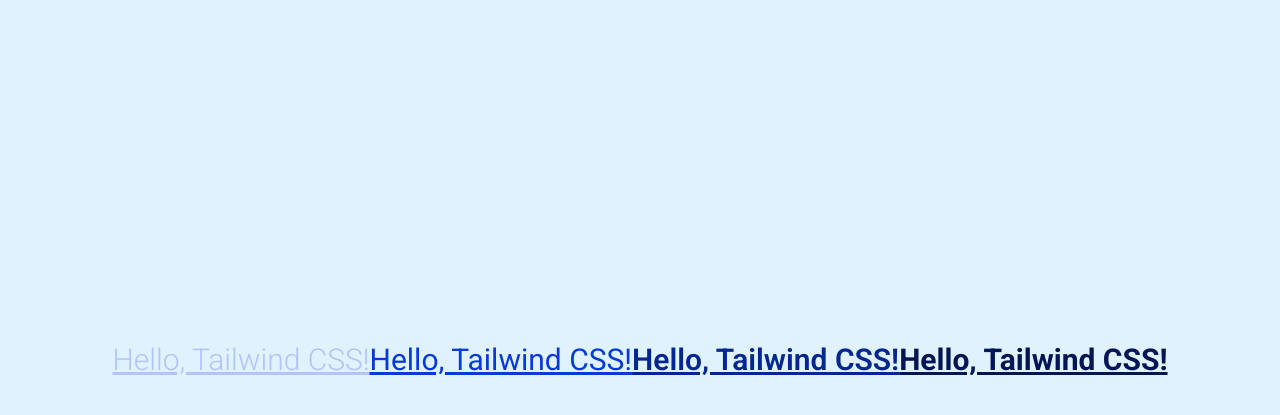
Repository: EclipticCode/Audit-Ease-FE
Page: /
These files come from the project's save history. The page is drawn as it stood at one moment and after the next save; the edit follows.
The browser window is 1280 px wide. The pictures show the whole page.
The project was rebuilt for these pictures with package versions that can differ from the ones it lists, and the page was loaded fresh each time. Also part of the build but not shown: vite.config.js.

Above is the page before, as saved 2025-03-27 18:01:17.

After the next save:
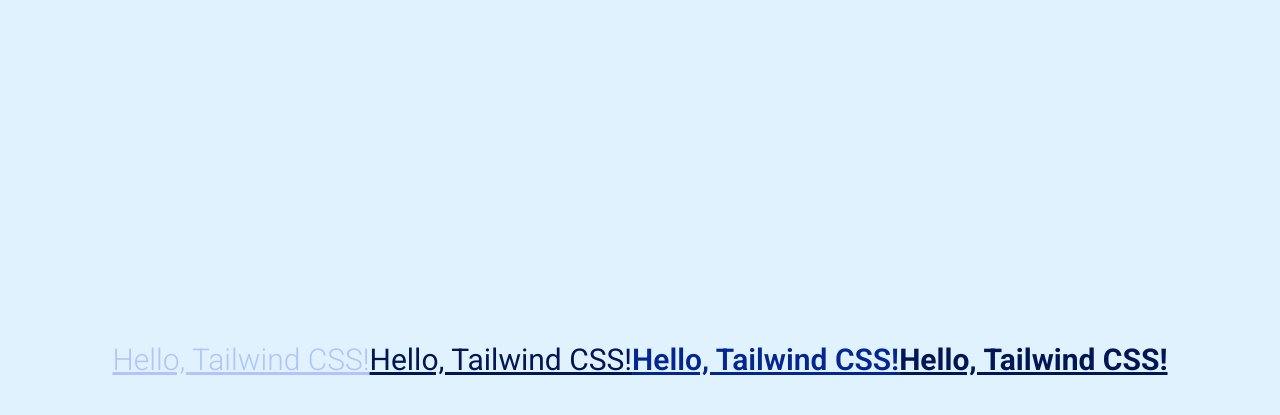
Saved 10 s later.
--- a/src/index.css
+++ b/src/index.css
@@ -13,6 +13,6 @@
   --color-light-blue: #053ADA;
   --color-dark-blue: #032691;
   --color-deep-blue: #021655;
-  --color-deep-blue: #021655;
+  --color-light-blue: #021655;
 
 }

After the 2 saves that followed:
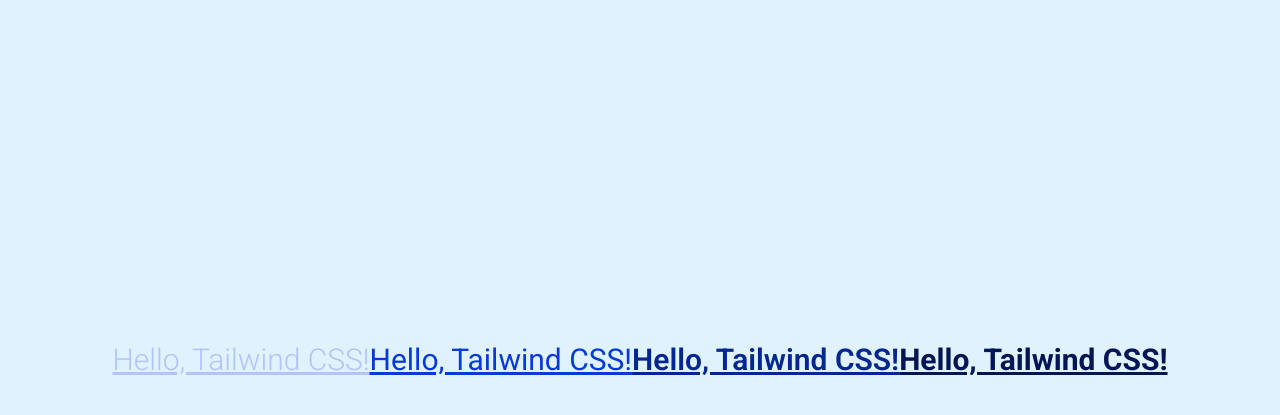
The 2 saves are shown as one change because they came seconds apart.
The last was saved 7 s later.
--- a/src/index.css
+++ b/src/index.css
@@ -13,6 +13,6 @@
   --color-light-blue: #053ADA;
   --color-dark-blue: #032691;
   --color-deep-blue: #021655;
-  --color-light-blue: #021655;
+  --color-light-seconday: ;
 
 }
